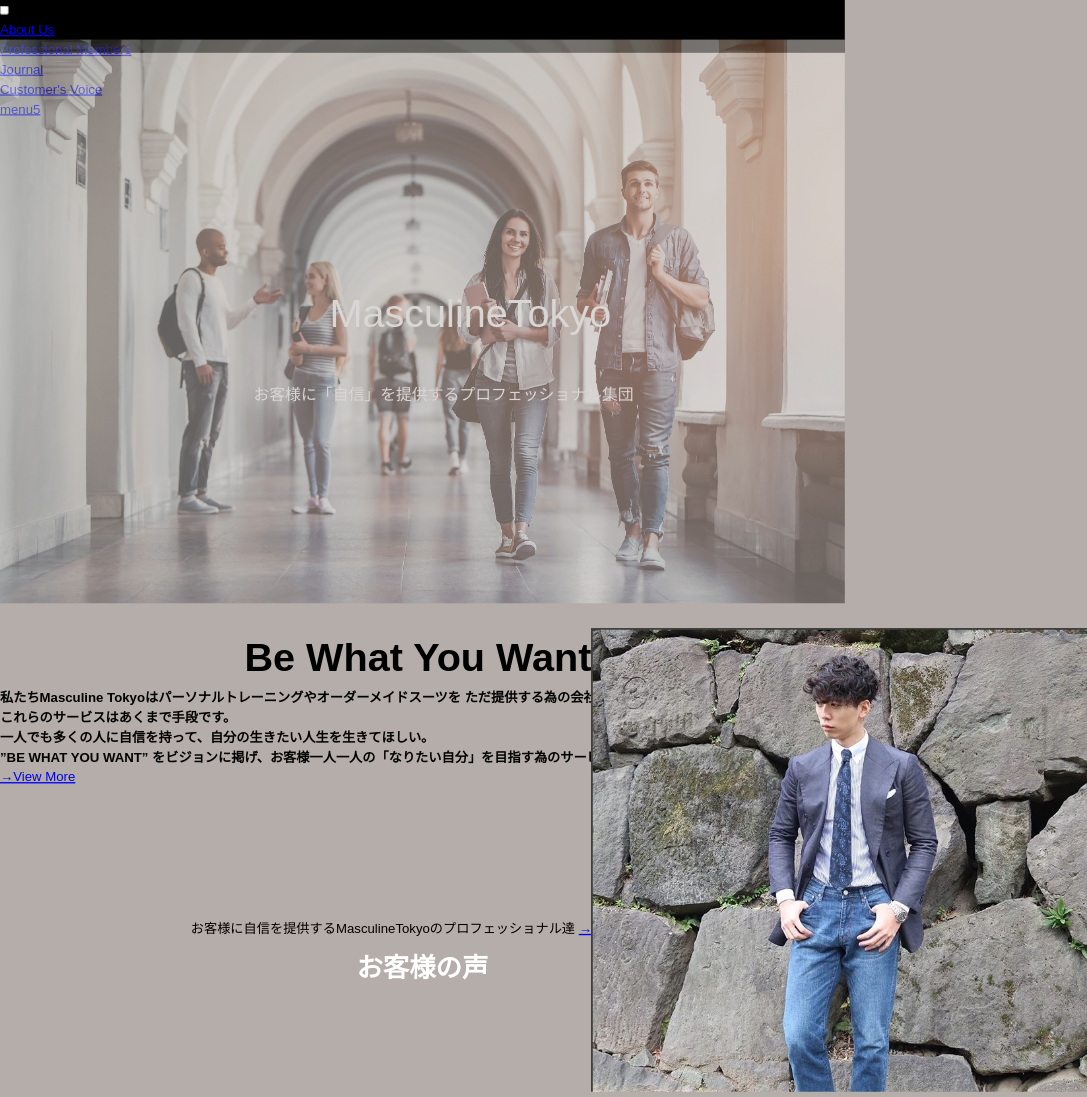
Repository: takumi-kojima0901/js.practice
Page: MasculineTokyo HP/MasculineTokyo.html
The author's editor kept a record of every edit. The page is drawn from the files as they stood at one moment, then again after the next edit.
The browser window is 1280 px wide. The page is 1647 px wide, so the pictures cover 1647 px, including what lies to the right of the window. The pictures show the whole page, at 66% of full size.

Above is the page before.

### MasculineTokyo HP/MasculineTokyo.html
<!DOCTYPE html>
<html>
  <head>
    <meta charset="UTF-8">
    <title>Masculine Tokyo～お客様に「自信」を提供するプロフェッショナル集団～</title>
     <link rel="Masculine stylesheet" href="Masculine stylesheet.css">
  </head>

  <!–メニューボタン作成*/–>
  <header>
  <div id="nav-drawer">
      <input id="nav-input" type="checkbox" class="nav-unshown">
      <label id="nav-open" for="nav-input"><span></span></label>
      <label class="nav-unshown" id="nav-close" for="nav-input"></label>
      <div id="nav-content">
		<ul>
		<li><a href="#">About Us</a></li>
		<li><a href="#">Professional Members</a></li>
		<li><a href="#">Journal</a></li>
		<li><a href="#">Customer's Voice</a></li>
		<li><a href="#">menu5</a></li>
		</ul>
      </div>
  </div>
</header>
  <!–メニューボタン作成終了*/–>

  <body>
      <body bgcolor="#DDDDDD">

　　　<div class="text-image">
  　　　　<img src="corridor.jpg" alt="文字の代替">
  　　　　<p>MasculineTokyo</p>
  　 　　<p2>お客様に「自信」を提供するプロフェッショナル集団</p2>
　　　</div>

     <div class="clearfix">
       <div class="text-box-BeWhatYouWant">
         <h1 class=Catch_Phrase> Be What You Want</h1>
         <h2 class=setumei> ～なりたい自分になる～</h2>
         <h3 class="text-mas1">
         私たちMasculine Tokyoはパーソナルトレーニングやオーダーメイドスーツを
         ただ提供する為の会社ではありません。<br>これらのサービスはあくまで手段です。<br>
        一人でも多くの人に自信を持って、自分の生きたい人生を生きてほしい。<br>
        ”BE WHAT YOU WANT” をビジョンに掲げ、お客様一人一人の「なりたい自分」を目指す為のサービスをブランドとして提供する会社です。

         </h3>
         <a href="#">
             →View More
         </a>
      </div>
        <div class="BeWhat">
              <img src="kasamatsu.jpg">
        </div>
     </div>

      <div class="members">
         <h2 class=Our_Members>
         Our Members
         </h2>
        <p class="text-mas1">
         お客様に自信を提供するMasculineTokyoのプロフェッショナル達

        <a href="#">
            →View More
        </a>
      </div>

     <div class="case">
         <h1 class=costomer>お客様の声<h2>





  </body>
</html>

### MasculineTokyo HP/Masculine stylesheet.css
@charset "utf-8";

body {
	margin: 0;
	padding: 0;
	font-family: "ヒラギノ角ゴ Pro W3", "Hiragino Kaku Gothic Pro", "メイリオ", Meiryo, Osaka, "ＭＳ Ｐゴシック", "MS PGothic", sans-serif;
	color: #333;
	font-size: 20px;
	line-height: 150%;
}

/*ここからはメニューボタンの装飾*/

* {
  margin: 0;
  padding: 0;
  }
body {
  background: #b4ada9;
}
header {
  position: fixed;
  width: 100%;
  height: 80px;
  background: #000000;
}
#nav{
  position: absolute;
  height: 100vh;
  width: 40%;
  left: -40%;
  top: 0;
  background: #ffffff;
  transition: .7s;
}
#nav ul{
  padding-top: 80px;
}
#nav ul li{
  list-style-type: none;
  font-size: 20px;
}
#nav a{
  display: block;
  text-decoration: none;
  color: #000000;
  margin: 0 15px;
  padding: 10px;
  transition: .5s;
}
#nav li a:hover{
  color: #ffffff;
  background: #cd5c5c;
  border-bottom: none;
}
#hamburger {
  display: block;
  position: absolute;
  top: 20px;
  left: 30px;
  width: 50px;
  height: 44px;
  cursor: pointer;
  transition: 1s;
}
.inner_line {
  display: block;
  position: absolute;
  left: 0;
  width: 50px;
  height: 3px;
  background-color: #ffffff;
  transition: 1s;
  border-radius: 4px;
}
#line1 {
  top: 0;
}
#line2 {
  top: 20px;
}
#line3 {
  bottom: 0px;
}
h1, h2 {
  text-align: center;
  line-height: 90px;
  color: #ffffff;
}
h2 {
  display: none;
}
p {
  padding-top: 200px;
  text-align: center;
}
.in{
  transform: translateX(100%);
}
.line_1,.line_2,.line_3{
  background: #000000;
}
.line_1 {
  transform: translateY(20px) rotate(-45deg);
  top: 0;
}
.line_2 {
  opacity: 0;
}
.line_3 {
  transform: translateY(-20px) rotate(45deg);
  bottom: 0;
}

@media screen and (max-width: 480px) {
  #nav ul li {
    font-size: 14px;
  }
  h1 {
    display: none;
  }
  h2 {
    display: block;
    font-size: 14px;
  }
}

/*ここまでメニューボタンの装飾*/

.text-image {
  position: relative;
  width: 100%;
  opacity: 0.5;
}

.text-image img {
  width: 100%;
}


.text-image p {
  position: absolute;
  top: 25%;
  font-size: 60px;
  color: #ffffff;
  text-align: center;
  left: 39%
}

.text-image p2 {
  position: absolute;
  top: 60%;
  font-size: 24px;
  color: #ffffff;
  text-align: center;
  left: 30%
}

.clearfix::after {
   content: "";
   display: block;
   clear: both;
}

.text-box-BeWhatYouWant {
 float: left;
}

.Catch_Phrase {
	color: black;
	font-size: 60px;
}

.setumei {
  color: black;
	font-size: 36px;
}

.text-mas1 {
  color: black;
	font-size: 20px;
}


.BeWhat {            /*1枚目の写真*/
  position:absolute;
	right:10%;
  width:20% ;
  float: left;
  }


/* "#" で始まる内部リンク */
a[href="#1"] {
		background-color: gold;
}

a[href="#2"] {
		background-color: gold;
}

.Our_Members {
	color: black;
	font-size: 60px;
	text-align: right ;
	position:absolute;
	right:10%;
}

After the next edit:
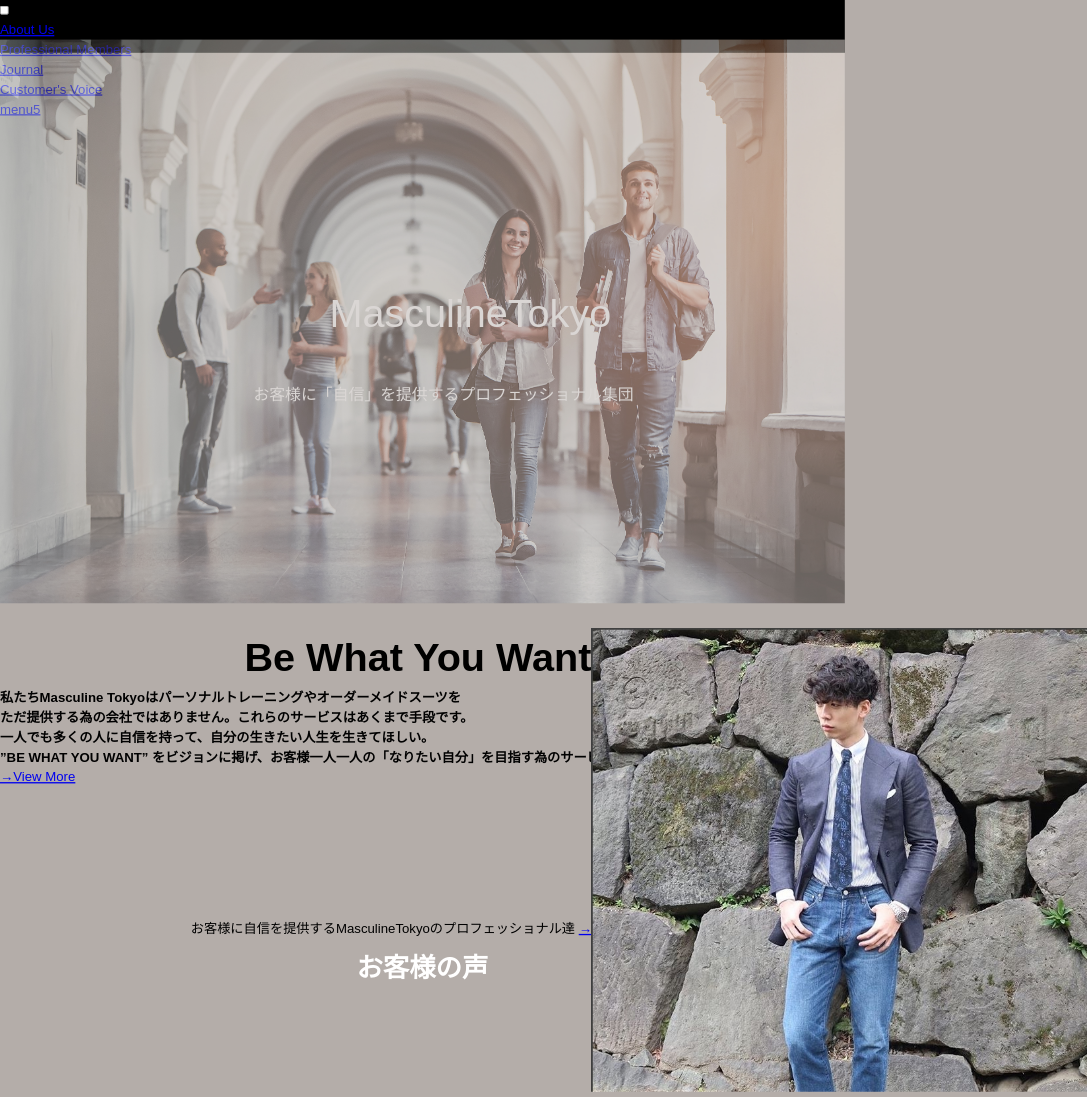
The edit:
--- a/MasculineTokyo HP/MasculineTokyo.html
+++ b/MasculineTokyo HP/MasculineTokyo.html
@@ -40,7 +40,7 @@
          <h2 class=setumei> ～なりたい自分になる～</h2>
          <h3 class="text-mas1">
          私たちMasculine Tokyoはパーソナルトレーニングやオーダーメイドスーツを
-         ただ提供する為の会社ではありません。<br>これらのサービスはあくまで手段です。<br>
+         <br>ただ提供する為の会社ではありません。これらのサービスはあくまで手段です。<br>
         一人でも多くの人に自信を持って、自分の生きたい人生を生きてほしい。<br>
         ”BE WHAT YOU WANT” をビジョンに掲げ、お客様一人一人の「なりたい自分」を目指す為のサービスをブランドとして提供する会社です。
 
